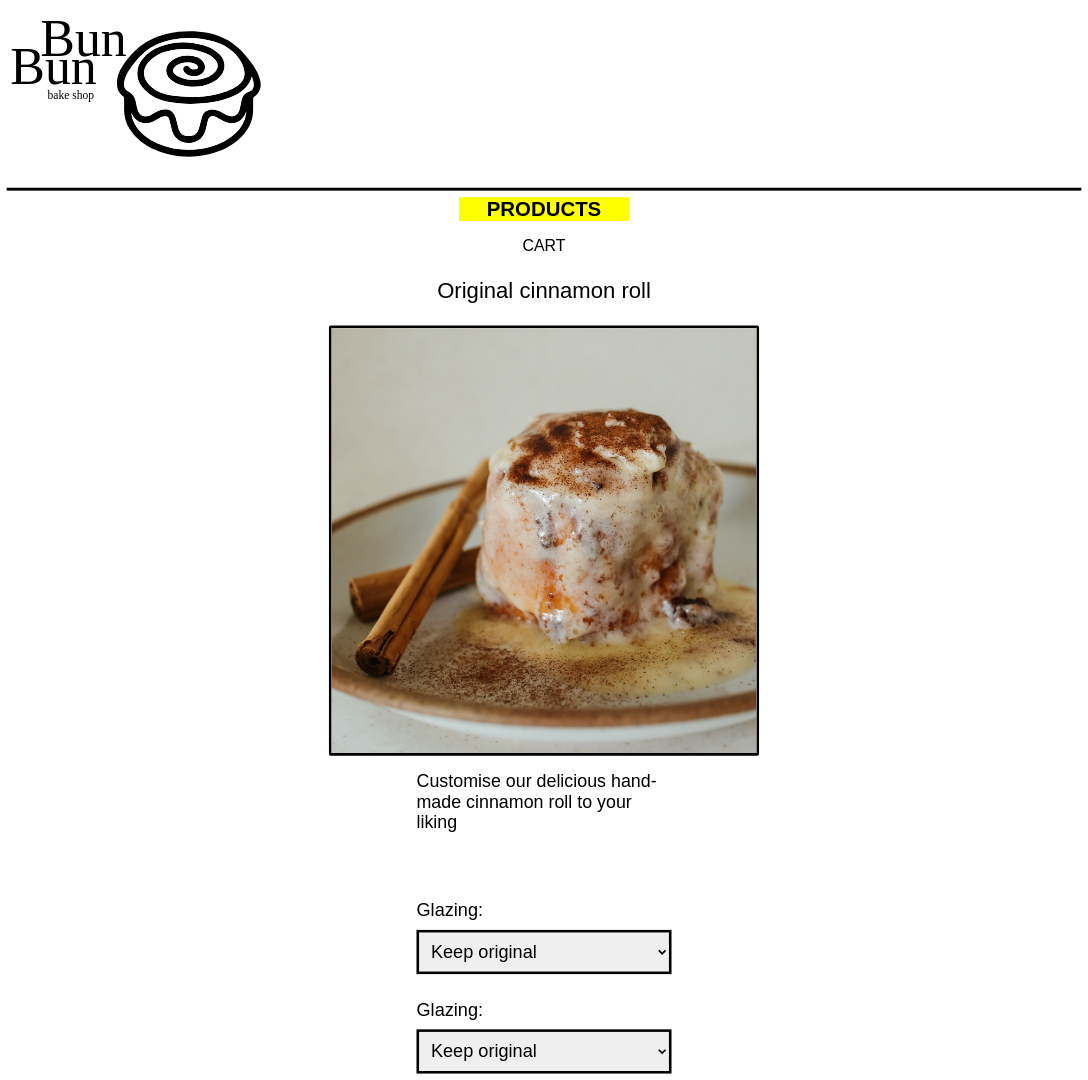
Repository: alicianghm/pui-hw
Page: solution-hw1/HW1-Detail.html
An editor plug-in stored every save of this project. The page is shown before and after the next save, followed by the edit.
The browser window is 1280 px wide. The pictures show the whole page, at 85% of full size.

Above is the page before, as saved 2022-09-08 10:06:02.

### solution-hw1/HW1-Detail.html
<!DOCTYPE html>
<html>
  <head>
    <meta charset="utf-8">
    <meta name="author" content="Alicia Ng">
    <title>Bun Bun Bake Shop</title>
    <link href="hw1.css" rel="stylesheet" type="text/css">
  </head>
  <body>
    <h1 id="logo"><img src="assets/logo-01.svg"></h1>
    <hr size="3"
        color="black">
    <div id="nav">
      <h2 id="selectedButton">PRODUCTS</h2>
      <div class="cartButton"><h3>CART</h3></div>
    </div>
    <div>
      <p class="itemTitle"> Original cinnamon roll</p>
      <img src="assets/original-cinnamon-roll.jpeg" id="itemPage">
      <br>
      <div id="container">
        <p class="description"> Customise our delicious hand-made cinnamon roll to your liking</p>
          <p class="dropdownTitle">Glazing:</label>
          <div class="options">
            <select class="glazing">
              <option value="Keep original">Keep original</option>
              <option value="Sugar milk">Sugar milk</option>
              <option value="Vanilla milk">Vanilla milk</option>
              <option value="Double chocolate">Double chocolate</option>
            </select>
          </div>
          <p class="dropdownTitle">Glazing:</label>
          <div class="options">
            <select class="glazing">
              <option value="Keep original">Keep original</option>
              <option value="Sugar milk">Sugar milk</option>
              <option value="Vanilla milk">Vanilla milk</option>
              <option value="Double chocolate">Double chocolate</option>
            </select>
          </div>
      </div>
    </div>
  </body>
  </html>

### solution-hw1/hw1.css
body{
  font-family: Arial, Helvetica, sans-serif;
}

#logo{
  max-width: 300px;
}

h2,h3 {
  font-family: Arial, Helvetica, sans-serif;
  font-weight: 300;
  text-align: center;
}

a{
  text-decoration: none;
  color: black;
}

#nav:hover{
  width: 200px;
  margin: 0 auto;
}

.productButton :hover{
  background-color: yellow;
  vertical-align: middle;
  font-weight: 800;
}

.cartButton :hover{
  background-color: yellow;
  text-align: center;
  font-weight: 800;
}

#container{
  width: 300px;
  margin: 0 auto;
}

p {
  font-family: Arial, Helvetica, sans-serif;
  font-weight: 300;
  text-align: center;
}
#title{
  font-size: 32px;
}
.inventory{
  display: block;
  margin: 0 auto;
  width: 302px;
  padding: 2px;
}
.inventory:hover{
  background-color: yellow;
  margin: 0 auto;
  padding: 2px;
}

#itempic{
  width: 300px;
  margin: 0px auto 0px auto;
  border-radius: 2px;
  border-style: solid;
}
.item{
  text-decoration: underline;
  font-size: 26px;
  text-align: left;
  line-height: auto;
}

.price{
  font-size: 28px;
  text-align: left;
  line-height: 10pt;
}

#selectedButton{
  background-color: yellow;
  font-weight: 800;
  margin: 0 auto;
  width: 200px;

}

.itemTitle{
  font-size: 26px;
}

#itemPage{
  width: 500px;
  border-radius: 2px;
  border-style: solid;
  margin: 0 auto;
  display: block;
}

.description{
  width: 300px;
  margin: 0 auto;
  font-size: 21px;
  text-align: left;
  padding-bottom:50px;
}

.dropButton{
  color: red;
  background-color: white;
  border: black;
  border-style: solid;
  font-size: 16px;
  padding: 10px 50px 10px 5px;
}

.dropdown-detail{
  font-size: 16pt;
}

.glazing{
  font-size: 16pt;
  padding: 5px;
}

p.dropdownTitle{
  font-size: 16pt;
  padding-bottom: 10px;
  padding-top: 30px;
  margin: 0 auto;
  text-align: left;
}

.glazing{
  font-size: 16pt;
  width: 300px;
  border: 3px;
  border-style: solid;
  border-color: black;
  padding: 10px;
}

After the next save:
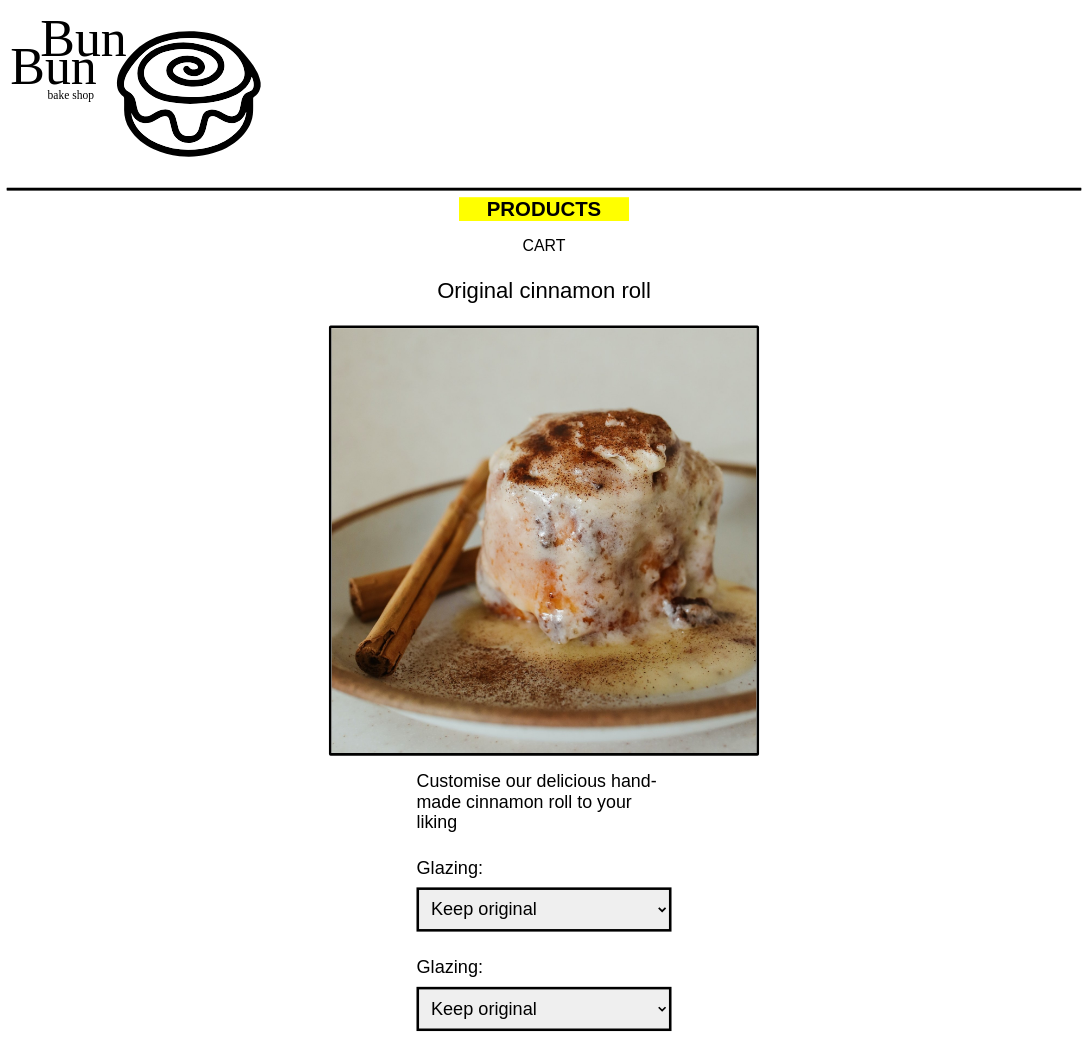
Saved 11 s later.
--- a/solution-hw1/hw1.css
+++ b/solution-hw1/hw1.css
@@ -103,7 +103,6 @@
   margin: 0 auto;
   font-size: 21px;
   text-align: left;
-  padding-bottom:50px;
 }
 
 .dropButton{
